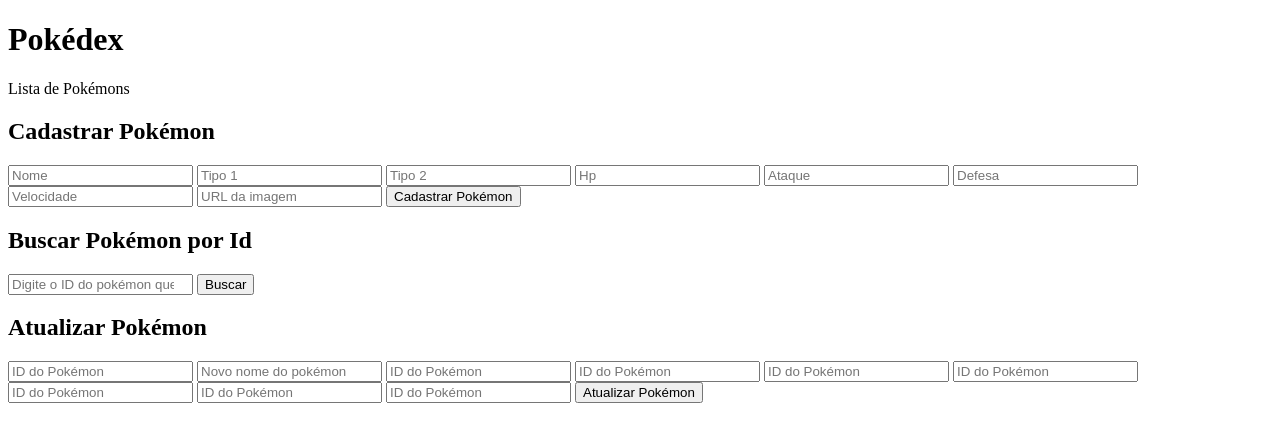
Repository: arthurSchgg/pokedex
Page: front-end/index.html
An editor plug-in stored every save of this project. The page is shown before and after a run of saves, followed by the edit.
The browser window is 1280 px wide. The pictures show the whole page.
The page's requests for data from a server got no answer.

Above is the page before, as saved 2026-10-01 16:11:27.

After the next 3 saves:
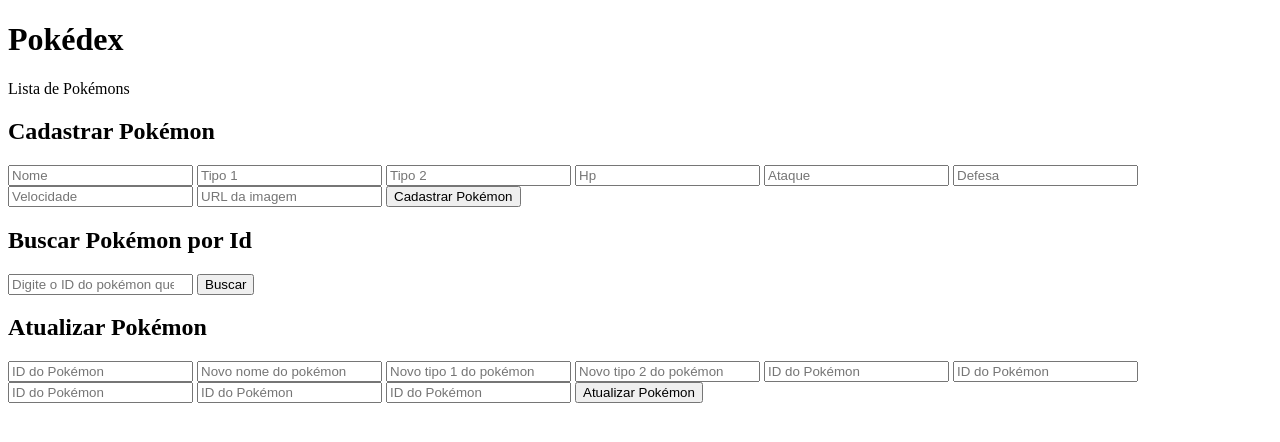
The 3 saves are shown as one change because they came seconds apart.
The last was saved 14 s later.
--- a/front-end/index.html
+++ b/front-end/index.html
@@ -74,14 +74,14 @@
             <input
                 type="text"
                 id="update-tipo1"
-                placeholder="ID do Pokémon"
+                placeholder="Novo tipo 1 do pokémon"
                 required
             >
 
             <input
                 type="number"
                 id="update-tipo2"
-                placeholder="ID do Pokémon"
+                placeholder="Novo tipo 2 do pokémon"
                 required
             >
 
